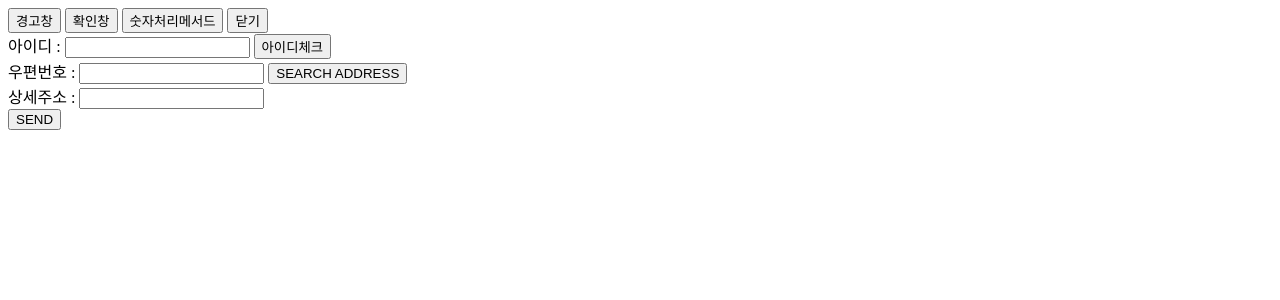
Repository: wishinghyun/multicampus
Page: webwork/clientweb/WebContent/js_bom/js_window_test01.html
The author's editor kept a copy of each file at every save. The page is drawn from the files as they stood at one save, then again after the next save.
The browser window is 1280 px wide. The pictures show the whole page.

Above is the page before, as saved 2020-01-08 07:43:37.

### webwork/clientweb/WebContent/js_bom/js_window_test01.html
<!DOCTYPE html>
<html>
<head>
<meta charset="EUC-KR">
<title>Insert title here</title>
	<script type="text/javascript">
	//window.confirm, window.alert
		function testConfirm() {
			result = window.confirm("정말 삭제할꺼야?")
			//window.alert(result)
			if(result){
				alert("실제 db에서 삭제수행하기")
			}else{
				alert("삭제취소")
			}
		}
	//window.open, window.close
		function searchAddress(){
			mypopup = window.open("js_popup.html","mywin",
					"width=300,height=300,top=100")
		}
		function idcheck(){
			mypopup2 = window.open("js_popup.html","mywin",
					"width=300,height=300,top=100")
			//alert(window.document.myform.id.value)
			//mypopup2는 팝업창
			//opener의 id에 입력한 값을 팝업의 data로 넘긴다
			//mypopup2.document.mypopup.data.value = myform.id.value
		}
	</script>
</head>
<body>
	<button onClick="window.alert('경고창')">경고창</button>
	<button onClick="testConfirm()">확인창</button>
	<button onClick="test_number()">숫자처리메서드</button>
	<button onClick="window.close()">닫기</button>

	<form action="" name="myform">
		아이디 : <input type="text" name="id"	>
		<input type="button" value="아이디체크" onClick="idcheck()"/>
		<br>
		우편번호 : <input type="text" name="zipcode"	>
		<input type="button" value="SEARCH ADDRESS" onClick="searchAddress()"/>
		<br>

		상세주소 : <input type="text" name="address"/><br>
		<input type="submit" value="SEND"/>
	</form>
</body>
</html>

After the next save:
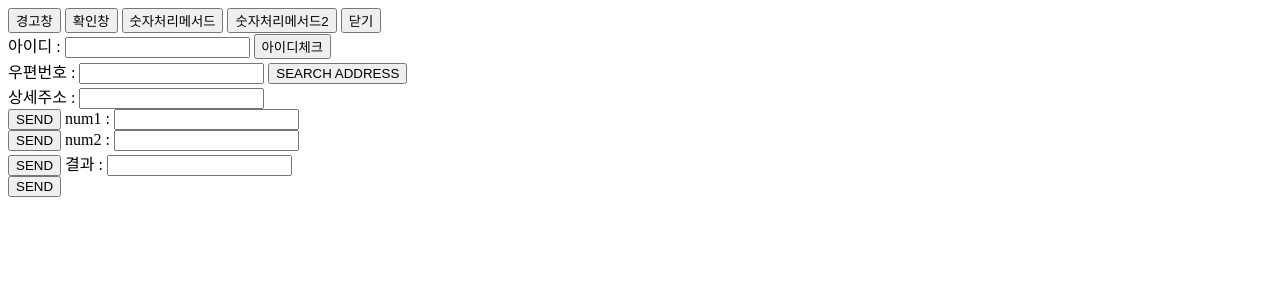
Saved 16 h 41 min later.
--- a/webwork/clientweb/WebContent/js_bom/js_window_test01.html
+++ b/webwork/clientweb/WebContent/js_bom/js_window_test01.html
@@ -33,6 +33,7 @@
 	<button onClick="window.alert('경고창')">경고창</button>
 	<button onClick="testConfirm()">확인창</button>
 	<button onClick="test_number()">숫자처리메서드</button>
+	<button onClick="test_number2()">숫자처리메서드2</button>
 	<button onClick="window.close()">닫기</button>
 
 	<form action="" name="myform">
@@ -45,6 +46,12 @@
 
 		상세주소 : <input type="text" name="address"/><br>
 		<input type="submit" value="SEND"/>
+		num1 : <input type="text" name="num1"/><br>
+		<input type="submit" value="SEND"/>
+		num2 : <input type="text" name="num2"/><br>
+		<input type="submit" value="SEND"/>
+		결과 : <input type="text" name="result"/><br>
+		<input type="submit" value="SEND"/>
 	</form>
 </body>
 </html>
